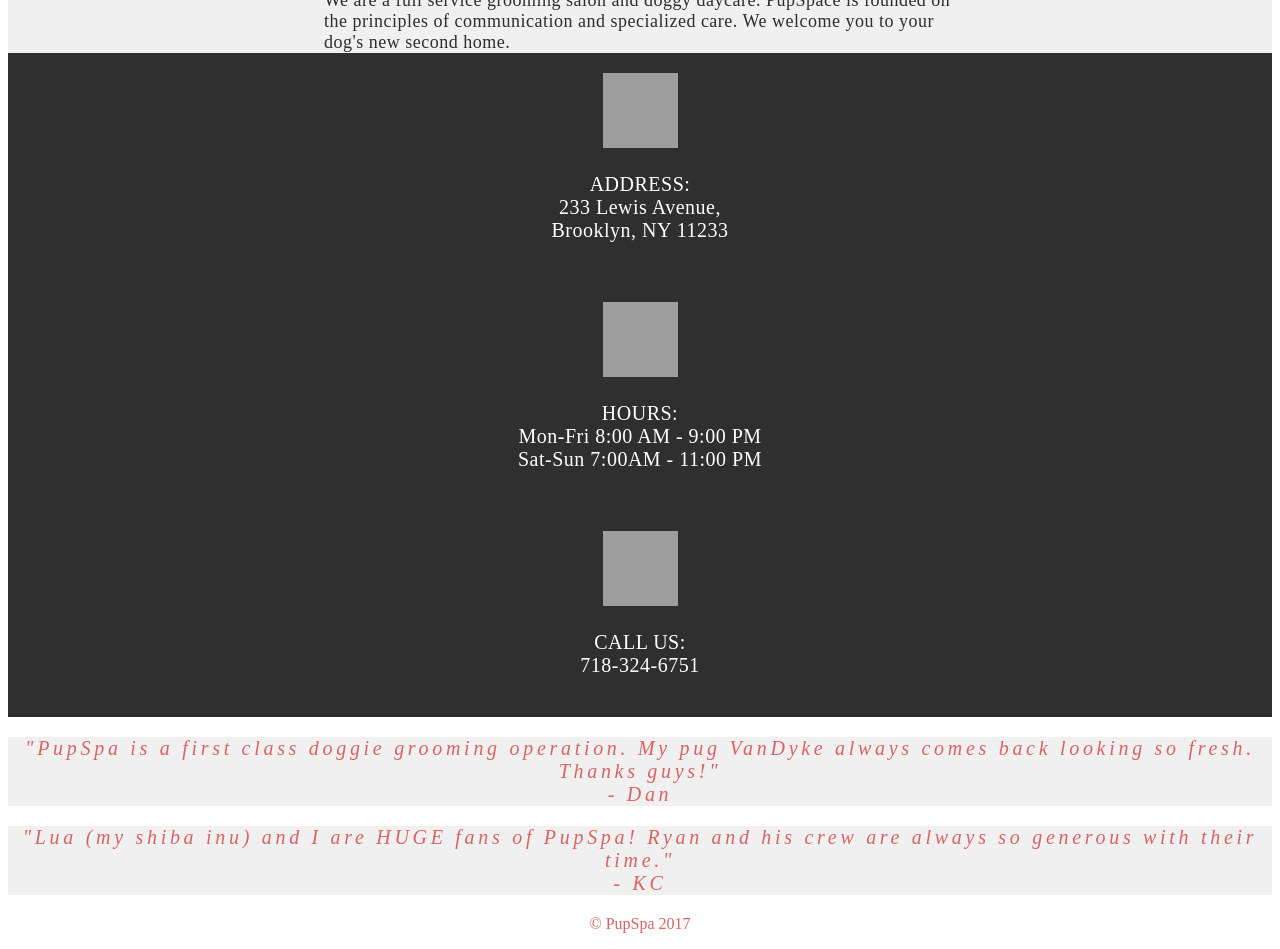
Repository: nghiakma/Javascript-begin
Page: grid/pupsa.html
These files come from the project's save history. The page is drawn as it stood at one moment and after the next save; the edit follows.
The browser window is 1280 px wide. The pictures show the part of the page from y = 907 to 1856 px (the page is 1856 px tall before and 1832 px after).
Pictures or frames that could not be fetched are drawn as grey boxes. A picture or video elsewhere on the page could not be fetched, so the positions and the page height are approximate.

Above is the page before, as saved 2023-05-24 15:02:42.

### grid/pupsa.html
<!DOCTYPE html>
<!DOCTYPE html>
<html lang="en">

<head>
    <meta charset="UTF-8">
    <meta http-equiv="X-UA-Compatible" content="IE=edge">
    <meta name="viewport" content="width=device-width, initial-scale=1.0">
    <title>Document</title>
    <link rel="stylesheet" href="pupspa.css">
</head>

<body>
    <div class="grid">
        <header>
            <img src="https://s3.amazonaws.com/codecademy-content/courses/learn-css-grid/project-i/images/pup-spa.svg"
                class="logo">
        </header>
        <div class="banner">
            <p>The #1 Dog Spa in NYC!</p>
            <img src="https://s3.amazonaws.com/codecademy-content/courses/learn-css-grid/project-i/images/dog.svg"
                class="dog">
        </div>
        <div class="about">
            <p class="text">We are a full service grooming salon and doggy daycare. PupSpace is founded on the
                principles of communication and specialized care. We welcome you to your dog's new second home.</p>
        </div>
        <div class="box address">
            <img src="https://s3.amazonaws.com/codecademy-content/courses/learn-css-grid/project-i/images/marker.svg"
                class="marker">
            <p>ADDRESS:
                <br>233 Lewis Avenue,
                <br>Brooklyn, NY 11233
            </p>
        </div>
        <div class="box hours">
            <img src="https://s3.amazonaws.com/codecademy-content/courses/learn-css-grid/project-i/images/clock.svg"
                class="clock">
            <p>HOURS:
                <br>Mon-Fri 8:00 AM - 9:00 PM
                <br>Sat-Sun 7:00AM - 11:00 PM
            </p>
        </div>

        <div class="box call-us">
            <img src="https://s3.amazonaws.com/codecademy-content/courses/learn-css-grid/project-i/images/telephone.png"
                class="clock">
            <p>CALL US:
                <br>718-324-6751
            </p>
        </div>
        <div class="testimonial one">
            <p>"PupSpa is a first class doggie grooming operation. My pug VanDyke always comes back looking so fresh.
                Thanks guys!"
                <br> - Dan
            </p>
        </div>

        <div class="testimonial two">
            <p>"Lua (my shiba inu) and I are HUGE fans of PupSpa! Ryan and his crew are always so generous with their
                time."
                <br> - KC
            </p>
        </div>
        <footer>
            <p>️&copy; PupSpa 2017</p>
        </footer>
    </div>
</body>

</html>

### grid/pupspa.css
body{
    background-color: #ffffff;
    color: #db6363;
    text-align: center;
}
.grid{

}
header{
 background-color: #ffffff;
  color: #dc6363;
  padding-top: 10px;
   margin-bottom: -20px;
}
.banner{
    background-color: #db6363;
     color: #ffffff;
      font-family: Poppins;
  font-size: 84px;
  font-weight: 300;
  letter-spacing: 3.7px;
  color: #ffffff;
   margin-bottom: -20px;
}
img{
    max-width: 100%;
}
.about{
     background-color: #f0f0f0;
  padding-bottom: 20px;
   margin-bottom: -20px;
}
.text{
    width: 50%;
  height: 100%;
  margin: auto;
  padding: auto;
  color: #2f2d2d;
  font-family: Poppins;
  font-size: 18px;
  font-weight: 500;
  text-align: left;
  letter-spacing: 0.5px;
  padding-top: 30px;
}
.box {
  background-color: #2f2f2f;
  color: #ffffff;
  font-family: Poppins;
  font-size: 20px;
  font-weight: 500;
  letter-spacing: 0.5px;
  text-align: center;
  padding-top: 20px;
  padding-bottom: 20px;
}
.marker{
    width: 75px;
  height: 75px;
}
.clock {
  width: 75px;
  height: 75px;
}

.phone {
  width: 98px;
  height: 79px;
}

.testimonial {
  margin: auto;
  padding: auto;
  background-color: #f0f0f0;
  color: #db6363;
  font-family: Poppins;
  font-size: 20px;
  font-weight: 300;
  letter-spacing: 3.7px;
  font-style: italic;
}

After the next save:
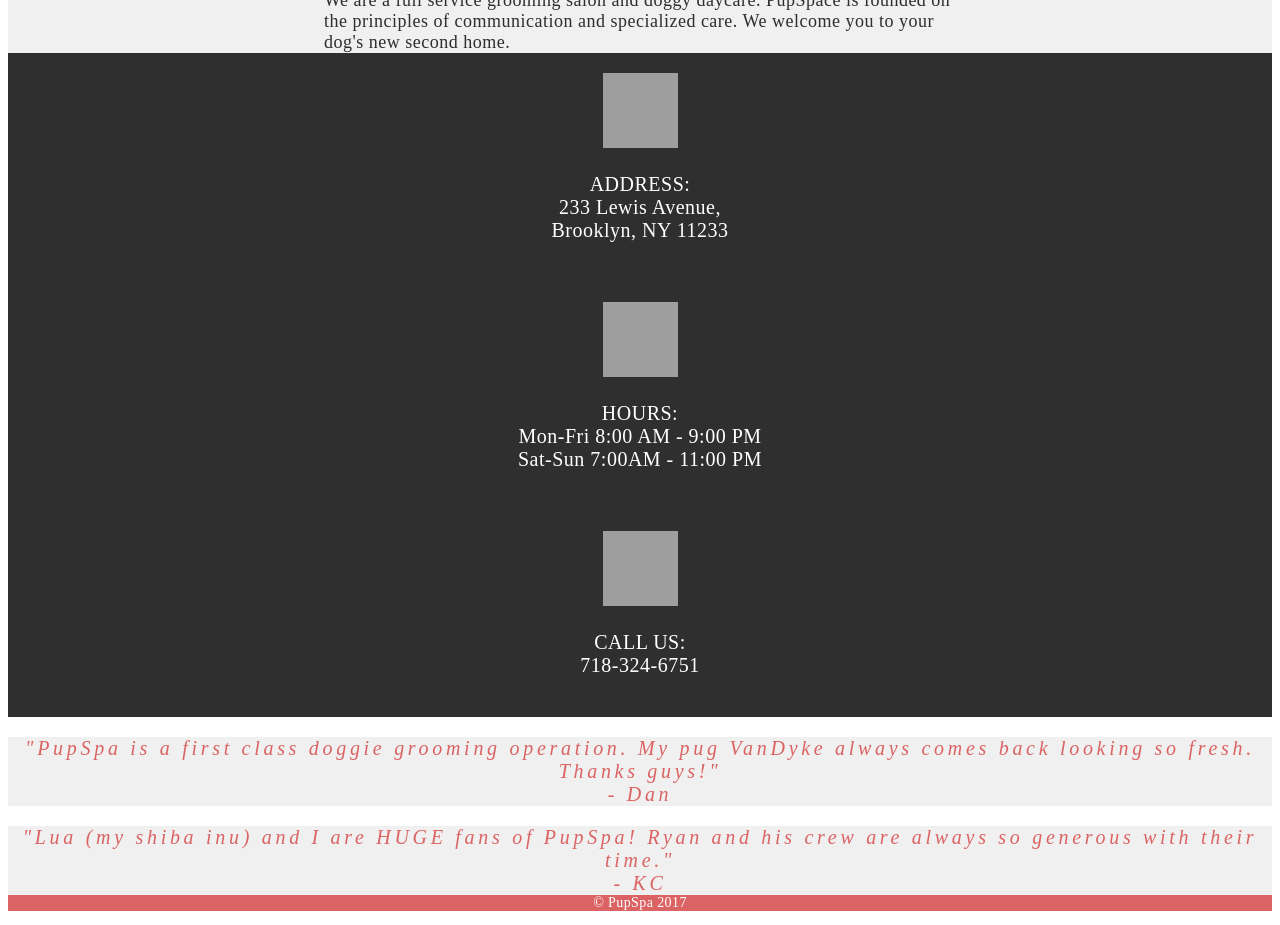
Saved 21 s later.
--- a/grid/pupspa.css
+++ b/grid/pupspa.css
@@ -79,3 +79,14 @@
   letter-spacing: 3.7px;
   font-style: italic;
 }
+footer {
+  background-color: #db6363;
+  color: #ffffff;
+  font-family: Poppins;
+  font-size: 14px;
+  font-weight: 300;
+  letter-spacing: 0.4px;
+
+  margin-top: -20px
+
+}
